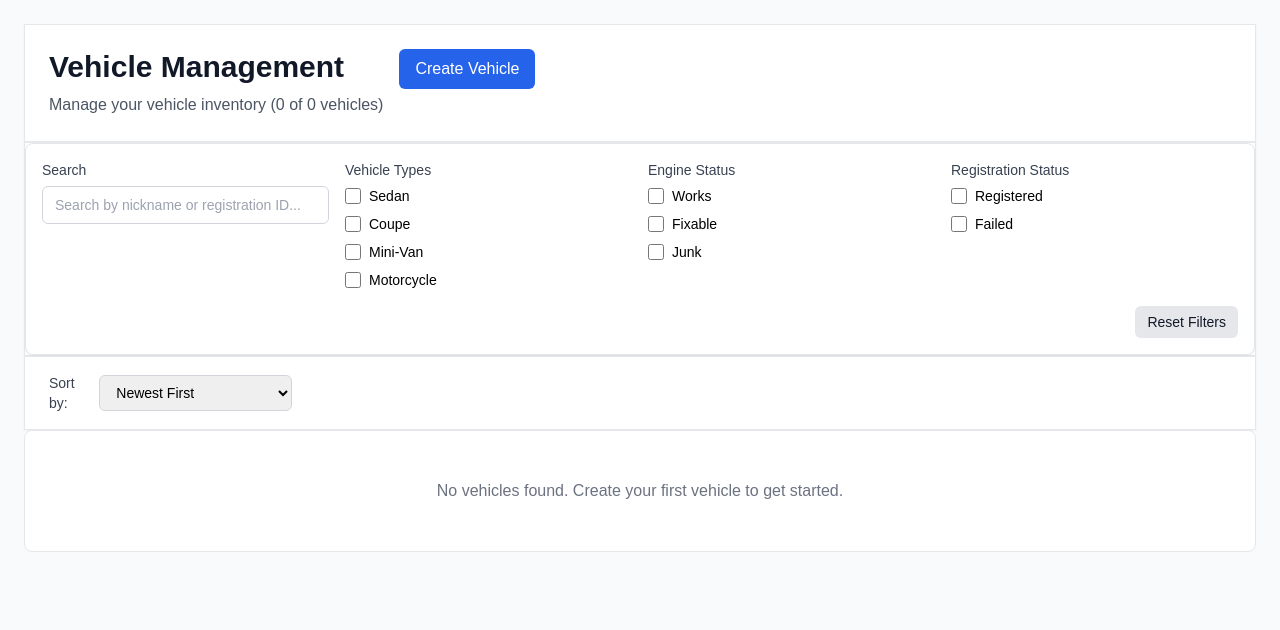
Repository: atomek88/vehicle-store
Page: /vehicles
These files come from the project's save history. The page is drawn as it stood at one moment and after a run of saves; the edit follows.
The browser window is 1280 px wide. The pictures show the whole page.
The project was rebuilt for these pictures with package versions that can differ from the ones it lists, and the page was loaded fresh each time. The framework's server and built-in components were replaced by stand-ins that run in the browser. Also part of the build but not shown: next.config.ts, src/components/ui/Badge.tsx, src/components/vehicle/SedanFields.tsx, src/components/vehicle/CoupeFields.tsx, src/components/vehicle/MiniVanFields.tsx, src/components/vehicle/MotorcycleFields.tsx, src/components/vehicle/VehicleForm.tsx, src/components/ui/ConfirmDialog.tsx.

Above is the page before, as saved 2026-01-21 00:21:26.

### app/layout.tsx
import type { Metadata } from "next";
import { Geist, Geist_Mono } from "next/font/google";
import "./globals.css";
import { ToastProvider } from "@/hooks/use-toast";
import { VehicleProvider } from "@/hooks/use-vehicles";
import { ToastContainer } from "@/components/ui/Toast";

const geistSans = Geist({
  variable: "--font-geist-sans",
  subsets: ["latin"],
});

const geistMono = Geist_Mono({
  variable: "--font-geist-mono",
  subsets: ["latin"],
});

export const metadata: Metadata = {
  title: "Vehicle Management System",
  description: "Manage your vehicle inventory",
};

export default function RootLayout({
  children,
}: Readonly<{
  children: React.ReactNode;
}>) {
  return (
    <html lang="en">
      <body
        className={`${geistSans.variable} ${geistMono.variable} antialiased`}
        suppressHydrationWarning
      >
        <VehicleProvider>
          <ToastProvider>
            {children}
            <ToastContainer />
          </ToastProvider>
        </VehicleProvider>
      </body>
    </html>
  );
}

### app/globals.css
@tailwind base;
@tailwind components;
@tailwind utilities;

@layer base {
  :root {
    --background: 0 0% 100%;
    --foreground: 222.2 84% 4.9%;
  }

  body {
    background: #f9fafb;
    color: var(--foreground);
    font-family: Arial, Helvetica, sans-serif;
    min-height: 100vh;
  }

  /* Enhanced focus indicators for accessibility */
  *:focus-visible {
    outline: 3px solid #3b82f6;
    outline-offset: 2px;
    border-radius: 4px;
  }

  /* Ensure buttons and links have visible focus */
  button:focus-visible,
  a:focus-visible,
  input:focus-visible,
  select:focus-visible,
  textarea:focus-visible {
    outline: 3px solid #3b82f6;
    outline-offset: 2px;
  }
}

@layer components {
  /* Enhanced card styling */
  .card {
    @apply rounded-xl border border-gray-200 bg-white shadow-sm transition-shadow hover:shadow-md;
  }

  /* Enhanced button styling */
  .btn-primary {
    @apply rounded-lg px-6 py-3 font-semibold shadow-sm transition-all hover:shadow-md;
  }

  /* Better spacing utilities */
  .section-spacing {
    @apply space-y-6;
  }
}

### src/hooks/use-toast.tsx
'use client';

import { createContext, useContext, useState, useCallback } from 'react';

// ═══════════════════════════════════════════════════════════════════════════
// TYPES
// ═══════════════════════════════════════════════════════════════════════════

export type ToastType = 'success' | 'error' | 'info' | 'warning';

export interface Toast {
  id: string;
  type: ToastType;
  message: string;
  duration?: number;
}

interface ToastContextValue {
  toasts: Toast[];
  showToast: (type: ToastType, message: string, duration?: number) => void;
  dismissToast: (id: string) => void;
}

// ═══════════════════════════════════════════════════════════════════════════
// CONTEXT
// ═══════════════════════════════════════════════════════════════════════════

const ToastContext = createContext<ToastContextValue | null>(null);

// ═══════════════════════════════════════════════════════════════════════════
// PROVIDER
// ═══════════════════════════════════════════════════════════════════════════

export function ToastProvider({ children }: { children: React.ReactNode }) {
  const [toasts, setToasts] = useState<Toast[]>([]);

  const showToast = useCallback((type: ToastType, message: string, duration = 5000) => {
    const id = Math.random().toString(36).substring(2, 11);
    const toast: Toast = { id, type, message, duration };

    setToasts((prev) => [...prev, toast]);

    // Auto-dismiss after duration
    if (duration > 0) {
      setTimeout(() => {
        dismissToast(id);
      }, duration);
    }
  }, []);

  const dismissToast = useCallback((id: string) => {
    setToasts((prev) => prev.filter((toast) => toast.id !== id));
  }, []);

  const value: ToastContextValue = {
    toasts,
    showToast,
    dismissToast,
  };

  return <ToastContext.Provider value={value}>{children}</ToastContext.Provider>;
}

// ═══════════════════════════════════════════════════════════════════════════
// HOOK
// ═══════════════════════════════════════════════════════════════════════════

export function useToast() {
  const context = useContext(ToastContext);

  if (!context) {
    throw new Error('useToast must be used within a ToastProvider');
  }

  return context;
}

### src/components/ui/Toast.tsx
'use client';

import { useEffect } from 'react';
import { clsx } from 'clsx';
import { useToast, Toast as ToastType } from '@/hooks/use-toast';

export function ToastContainer() {
  const { toasts } = useToast();

  return (
    <div className="pointer-events-none fixed bottom-0 right-0 z-50 flex max-h-screen w-full flex-col-reverse gap-2 p-4 sm:max-w-md">
      {toasts.map((toast) => (
        <ToastItem key={toast.id} toast={toast} />
      ))}
    </div>
  );
}

function ToastItem({ toast }: { toast: ToastType }) {
  const { dismissToast } = useToast();

  useEffect(() => {
    if (toast.duration && toast.duration > 0) {
      const timer = setTimeout(() => {
        dismissToast(toast.id);
      }, toast.duration);

      return () => clearTimeout(timer);
    }
    return undefined;
  }, [toast.id, toast.duration, dismissToast]);

  return (
    <div
      role="alert"
      aria-live="assertive"
      aria-atomic="true"
      className={clsx(
        'pointer-events-auto relative flex w-full items-center justify-between gap-3 overflow-hidden rounded-lg border p-4 shadow-lg transition-all',
        {
          'border-green-200 bg-green-50': toast.type === 'success',
          'border-red-200 bg-red-50': toast.type === 'error',
          'border-yellow-200 bg-yellow-50': toast.type === 'warning',
          'border-blue-200 bg-blue-50': toast.type === 'info',
        }
      )}
    >
      <div className="flex-1">
        <p
          className={clsx('text-sm font-medium', {
            'text-green-900': toast.type === 'success',
            'text-red-900': toast.type === 'error',
            'text-yellow-900': toast.type === 'warning',
            'text-blue-900': toast.type === 'info',
          })}
        >
          {toast.message}
        </p>
      </div>
      <button
        onClick={() => dismissToast(toast.id)}
        className={clsx(
          'rounded-md p-1 transition-colors hover:bg-black/5',
          {
            'text-green-700': toast.type === 'success',
            'text-red-700': toast.type === 'error',
            'text-yellow-700': toast.type === 'warning',
            'text-blue-700': toast.type === 'info',
          }
        )}
        aria-label="Dismiss"
      >
        <svg
          xmlns="http://www.w3.org/2000/svg"
          width="16"
          height="16"
          viewBox="0 0 24 24"
          fill="none"
          stroke="currentColor"
          strokeWidth="2"
          strokeLinecap="round"
          strokeLinejoin="round"
        >
          <line x1="18" y1="6" x2="6" y2="18" />
          <line x1="6" y1="6" x2="18" y2="18" />
        </svg>
      </button>
    </div>
  );
}

### src/components/vehicle/FiltersBar.tsx
'use client';

import { VehicleFilters, VehicleType, EngineStatus } from '@/types';
import { Input } from '@/components/ui/Input';
import { Select } from '@/components/ui/Select';
import { Button } from '@/components/ui/Button';

interface FiltersBarProps {
  filters: VehicleFilters;
  onFiltersChange: (filters: Partial<VehicleFilters>) => void;
  onReset: () => void;
}

export function FiltersBar({ filters, onFiltersChange, onReset }: FiltersBarProps) {
  const vehicleTypes: VehicleType[] = ['sedan', 'coupe', 'mini-van', 'motorcycle'];
  const engineStatuses: EngineStatus[] = ['works', 'fixable', 'junk'];

  return (
    <div className="rounded-lg border border-gray-200 bg-white p-4 shadow-sm">
      <div className="grid gap-4 md:grid-cols-4">
        <Input
          label="Search"
          placeholder="Search by nickname or registration ID..."
          value={filters.query}
          onChange={(e) => onFiltersChange({ query: e.target.value })}
        />

        <div>
          <label className="mb-1.5 block text-sm font-medium text-gray-700">Vehicle Types</label>
          <div className="space-y-2">
            {vehicleTypes.map((type) => (
              <label key={type} className="flex items-center gap-2">
                <input
                  type="checkbox"
                  checked={filters.types.includes(type)}
                  onChange={(e) => {
                    const newTypes = e.target.checked
                      ? [...filters.types, type]
                      : filters.types.filter((t) => t !== type);
                    onFiltersChange({ types: newTypes });
                  }}
                  className="h-4 w-4 rounded border-gray-300 text-blue-600 focus:ring-blue-500"
                />
                <span className="text-sm capitalize">{type}</span>
              </label>
            ))}
          </div>
        </div>

        <div>
          <label className="mb-1.5 block text-sm font-medium text-gray-700">Engine Status</label>
          <div className="space-y-2">
            {engineStatuses.map((status) => (
              <label key={status} className="flex items-center gap-2">
                <input
                  type="checkbox"
                  checked={filters.engineStatuses.includes(status)}
                  onChange={(e) => {
                    const newStatuses = e.target.checked
                      ? [...filters.engineStatuses, status]
                      : filters.engineStatuses.filter((s) => s !== status);
                    onFiltersChange({ engineStatuses: newStatuses });
                  }}
                  className="h-4 w-4 rounded border-gray-300 text-blue-600 focus:ring-blue-500"
                />
                <span className="text-sm capitalize">{status}</span>
              </label>
            ))}
          </div>
        </div>

        <div>
          <label className="mb-1.5 block text-sm font-medium text-gray-700">Registration Status</label>
          <div className="space-y-2">
            <label className="flex items-center gap-2">
              <input
                type="checkbox"
                checked={filters.registrationStatuses.includes('registered')}
                onChange={(e) => {
                  const newStatuses = e.target.checked
                    ? [...filters.registrationStatuses, 'registered' as const]
                    : filters.registrationStatuses.filter((s) => s !== 'registered');
                  onFiltersChange({ registrationStatuses: newStatuses });
                }}
                className="h-4 w-4 rounded border-gray-300 text-blue-600 focus:ring-blue-500"
              />
              <span className="text-sm">Registered</span>
            </label>
            <label className="flex items-center gap-2">
              <input
                type="checkbox"
                checked={filters.registrationStatuses.includes('failed')}
                onChange={(e) => {
                  const newStatuses = e.target.checked
                    ? [...filters.registrationStatuses, 'failed' as const]
                    : filters.registrationStatuses.filter((s) => s !== 'failed');
                  onFiltersChange({ registrationStatuses: newStatuses });
                }}
                className="h-4 w-4 rounded border-gray-300 text-blue-600 focus:ring-blue-500"
              />
              <span className="text-sm">Failed</span>
            </label>
          </div>
        </div>
      </div>

      <div className="mt-4 flex justify-end">
        <Button variant="secondary" size="sm" onClick={onReset}>
          Reset Filters
        </Button>
      </div>
    </div>
  );
}

### src/components/ui/Button.tsx
import { ButtonHTMLAttributes, forwardRef } from 'react';
import { clsx } from 'clsx';

export interface ButtonProps extends ButtonHTMLAttributes<HTMLButtonElement> {
  variant?: 'primary' | 'secondary' | 'danger' | 'ghost';
  size?: 'sm' | 'md' | 'lg';
}

export const Button = forwardRef<HTMLButtonElement, ButtonProps>(
  ({ className, variant = 'primary', size = 'md', disabled, ...props }, ref) => {
    return (
      <button
        ref={ref}
        disabled={disabled}
        className={clsx(
          'inline-flex items-center justify-center rounded-md font-medium transition-colors',
          'focus-visible:outline-none focus-visible:ring-2 focus-visible:ring-offset-2',
          'disabled:pointer-events-none disabled:opacity-50',
          {
            'bg-blue-600 text-white hover:bg-blue-700 focus-visible:ring-blue-600': variant === 'primary',
            'bg-gray-200 text-gray-900 hover:bg-gray-300 focus-visible:ring-gray-400': variant === 'secondary',
            'bg-red-600 text-white hover:bg-red-700 focus-visible:ring-red-600': variant === 'danger',
            'bg-transparent hover:bg-gray-100 focus-visible:ring-gray-400': variant === 'ghost',
          },
          {
            'h-8 px-3 text-sm': size === 'sm',
            'h-10 px-4 text-base': size === 'md',
            'h-12 px-6 text-lg': size === 'lg',
          },
          className
        )}
        {...props}
      />
    );
  }
);

Button.displayName = 'Button';

### src/components/ui/Select.tsx
import { SelectHTMLAttributes, forwardRef } from 'react';
import { clsx } from 'clsx';

export interface SelectOption {
  value: string;
  label: string;
}

export interface SelectProps extends SelectHTMLAttributes<HTMLSelectElement> {
  label?: string;
  error?: string | undefined;
  helperText?: string;
  options: SelectOption[];
  placeholder?: string;
}

export const Select = forwardRef<HTMLSelectElement, SelectProps>(
  ({ className, label, error, helperText, id, options, placeholder, ...props }, ref) => {
    const selectId = id || label?.toLowerCase().replace(/\s+/g, '-');

    return (
      <div className="w-full">
        {label && (
          <label
            htmlFor={selectId}
            className="mb-1.5 block text-sm font-medium text-gray-700"
          >
            {label}
          </label>
        )}
        <select
          ref={ref}
          id={selectId}
          className={clsx(
            'w-full rounded-md border px-3 py-2 text-sm transition-colors',
            'focus:outline-none focus:ring-2 focus:ring-offset-1',
            'disabled:cursor-not-allowed disabled:opacity-50',
            error
              ? 'border-red-500 focus:border-red-500 focus:ring-red-500'
              : 'border-gray-300 focus:border-blue-500 focus:ring-blue-500',
            className
          )}
          aria-invalid={error ? 'true' : 'false'}
          aria-describedby={error ? `${selectId}-error` : helperText ? `${selectId}-helper` : undefined}
          {...props}
        >
          {placeholder && (
            <option value="" disabled>
              {placeholder}
            </option>
          )}
          {options.map((option) => (
            <option key={option.value} value={option.value}>
              {option.label}
            </option>
          ))}
        </select>
        {error && (
          <p id={`${selectId}-error`} className="mt-1.5 text-sm text-red-600">
            {error}
          </p>
        )}
        {helperText && !error && (
          <p id={`${selectId}-helper`} className="mt-1.5 text-sm text-gray-500">
            {helperText}
          </p>
        )}
      </div>
    );
  }
);

Select.displayName = 'Select';

### src/lib/storage.ts
import { Vehicle } from '@/types';
import { StorageSchemaV1, VehiclePersistedSchema } from '@/validations/schemas';
import { Result, DomainError } from '@/types';

const STORAGE_KEY = 'junkyard-tracker-v1';

// ═══════════════════════════════════════════════════════════════════════════
// STORAGE REPOSITORY
// ═══════════════════════════════════════════════════════════════════════════

export interface StorageRepository {
  save(vehicles: Vehicle[]): Result<void, DomainError>;
  load(): Result<Vehicle[], DomainError>;
  clear(): void;
}

/**
 * LocalStorage-based repository for vehicle data persistence.
 * Handles serialization, validation, and error recovery.
 */
export function createStorageRepository(): StorageRepository {
  return {
    save(vehicles: Vehicle[]): Result<void, DomainError> {
      try {
        // Validate all vehicles before saving
        const validationResults = vehicles.map((v) =>
          VehiclePersistedSchema.safeParse(v)
        );

        const firstError = validationResults.find((r) => !r.success);
        if (firstError && !firstError.success) {
          return {
            ok: false,
            error: {
              code: 'VALIDATION_ERROR',
              message: 'Invalid vehicle data cannot be saved',
              fieldErrors: firstError.error.flatten().fieldErrors as Record<string, string>,
            },
          };
        }

        const data = {
          version: 1 as const,
          vehicles,
        };

        const serialized = JSON.stringify(data);
        localStorage.setItem(STORAGE_KEY, serialized);

        return { ok: true, value: undefined };
      } catch (error) {
        return {
          ok: false,
          error: {
            code: 'STORAGE_ERROR',
            message: error instanceof Error ? error.message : 'Failed to save data',
          },
        };
      }
    },

    load(): Result<Vehicle[], DomainError> {
      try {
        const raw = localStorage.getItem(STORAGE_KEY);

        // No data stored yet - return empty array
        if (!raw) {
          return { ok: true, value: [] };
        }

        // Parse JSON
        let parsed: unknown;
        try {
          parsed = JSON.parse(raw);
        } catch {
          // Corrupted JSON - clear storage and return empty
          localStorage.removeItem(STORAGE_KEY);
          return { ok: true, value: [] };
        }

        // Validate against schema
        const result = StorageSchemaV1.safeParse(parsed);

        if (!result.success) {
          // Invalid schema - clear storage and return empty
          localStorage.removeItem(STORAGE_KEY);
          return { ok: true, value: [] };
        }

        return { ok: true, value: result.data.vehicles };
      } catch (error) {
        return {
          ok: false,
          error: {
            code: 'STORAGE_ERROR',
            message: error instanceof Error ? error.message : 'Failed to load data',
          },
        };
      }
    },

    clear(): void {
      localStorage.removeItem(STORAGE_KEY);
    },
  };
}

/**
 * Singleton instance for the storage repository.
 * Use this in production code.
 */
export const storageRepository = createStorageRepository();

### src/components/ui/Input.tsx
import { InputHTMLAttributes, forwardRef } from 'react';
import { clsx } from 'clsx';

export interface InputProps extends InputHTMLAttributes<HTMLInputElement> {
  label?: string;
  error?: string | undefined;
  helperText?: string;
}

export const Input = forwardRef<HTMLInputElement, InputProps>(
  ({ className, label, error, helperText, id, ...props }, ref) => {
    const inputId = id || label?.toLowerCase().replace(/\s+/g, '-');

    return (
      <div className="w-full">
        {label && (
          <label
            htmlFor={inputId}
            className="mb-1.5 block text-sm font-medium text-gray-700"
          >
            {label}
          </label>
        )}
        <input
          ref={ref}
          id={inputId}
          className={clsx(
            'w-full rounded-md border px-3 py-2 text-sm transition-colors',
            'placeholder:text-gray-400',
            'focus:outline-none focus:ring-2 focus:ring-offset-1',
            'disabled:cursor-not-allowed disabled:opacity-50',
            error
              ? 'border-red-500 focus:border-red-500 focus:ring-red-500'
              : 'border-gray-300 focus:border-blue-500 focus:ring-blue-500',
            className
          )}
          aria-invalid={error ? 'true' : 'false'}
          aria-describedby={error ? `${inputId}-error` : helperText ? `${inputId}-helper` : undefined}
          {...props}
        />
        {error && (
          <p id={`${inputId}-error`} className="mt-1.5 text-sm text-red-600">
            {error}
          </p>
        )}
        {helperText && !error && (
          <p id={`${inputId}-helper`} className="mt-1.5 text-sm text-gray-500">
            {helperText}
          </p>
        )}
      </div>
    );
  }
);

Input.displayName = 'Input';

### src/lib/registration.ts
import { VehicleType, Registration } from '@/types';

// ═══════════════════════════════════════════════════════════════════════════
// REGISTRATION BUSINESS RULES
// ═══════════════════════════════════════════════════════════════════════════

/**
 * Business rules for vehicle registration:
 * - All vehicles register successfully when created
 * - Registration is immutable after creation
 */

interface RegistrationInput {
  type: VehicleType;
}

/**
 * Registers a vehicle and generates a unique registration ID.
 * Always returns a successful registration.
 */
export function attemptRegistration(input: RegistrationInput): Registration {
  const { type } = input;

  return {
    status: 'registered',
    registrationId: generateRegistrationId(type),
  };
}

/**
 * Generates a registration ID in the format: TYPE-XXXXX
 * where TYPE is the uppercase vehicle type and XXXXX is a random alphanumeric string.
 */
function generateRegistrationId(type: VehicleType): string {
  const prefix = type.toUpperCase().replace('-', '');
  const suffix = Math.random().toString(36).substring(2, 7).toUpperCase();
  return `${prefix}-${suffix}`;
}

/**
 * Checks if a registration represents a successful registration.
 */
export function isRegistered(registration: Registration): registration is { status: 'registered'; registrationId: string } {
  return registration.status === 'registered';
}

/**
 * Checks if a registration represents a failed registration.
 */
export function isFailed(registration: Registration): registration is { status: 'failed'; registrationError: string } {
  return registration.status === 'failed';
}

### src/lib/defaults.ts
import { VehicleType, EngineStatus, SeatStatus } from '@/types';

// ═══════════════════════════════════════════════════════════════════════════
// DEFAULT VALUES FOR VEHICLE FIELDS
// ═══════════════════════════════════════════════════════════════════════════

/**
 * Default engine status for all vehicles
 */
export const DEFAULT_ENGINE_STATUS: EngineStatus = 'works';

/**
 * Default seat status for motorcycles
 */
export const DEFAULT_SEAT_STATUS: SeatStatus = 'works';

/**
 * Default number of wheels based on vehicle type
 */
export function getDefaultWheels(type: VehicleType): 0 | 1 | 2 | 3 | 4 {
  switch (type) {
    case 'sedan':
    case 'coupe':
    case 'mini-van':
      return 4;
    case 'motorcycle':
      return 2;
    default:
      // Exhaustiveness check - TypeScript will error if we miss a case
      const _exhaustive: never = type;
      return _exhaustive;
  }
}

/**
 * Default number of doors based on vehicle type
 */
export function getDefaultDoors(type: VehicleType): 0 | 1 | 2 | 3 | 4 {
  switch (type) {
    case 'sedan':
    case 'mini-van':
      return 4;
    case 'coupe':
      return 2;
    case 'motorcycle':
      // Motorcycles don't have doors field, but TypeScript requires all cases
      return 0;
    default:
      const _exhaustive: never = type;
      return _exhaustive;
  }
}

/**
 * Default door configuration for mini-vans
 * Returns an array of door configs matching the number of doors
 */
export function getDefaultDoorConfig(doors: number): Array<{ sliding: boolean }> {
  return Array.from({ length: doors }, (_, index) => ({
    // First two doors are regular, rest are sliding
    sliding: index >= 2,
  }));
}

Loaded but not shown: tailwind.config.ts (common file); src/hooks/use-vehicles.tsx (307 lines, source omitted); src/lib/vehicle-service.ts (273 lines, source omitted); src/validations/schemas.ts (199 lines, source omitted); app/vehicles/page.tsx (148 lines, source omitted); src/components/vehicle/VehicleTable.tsx (113 lines, source omitted)

After the next 2 saves:
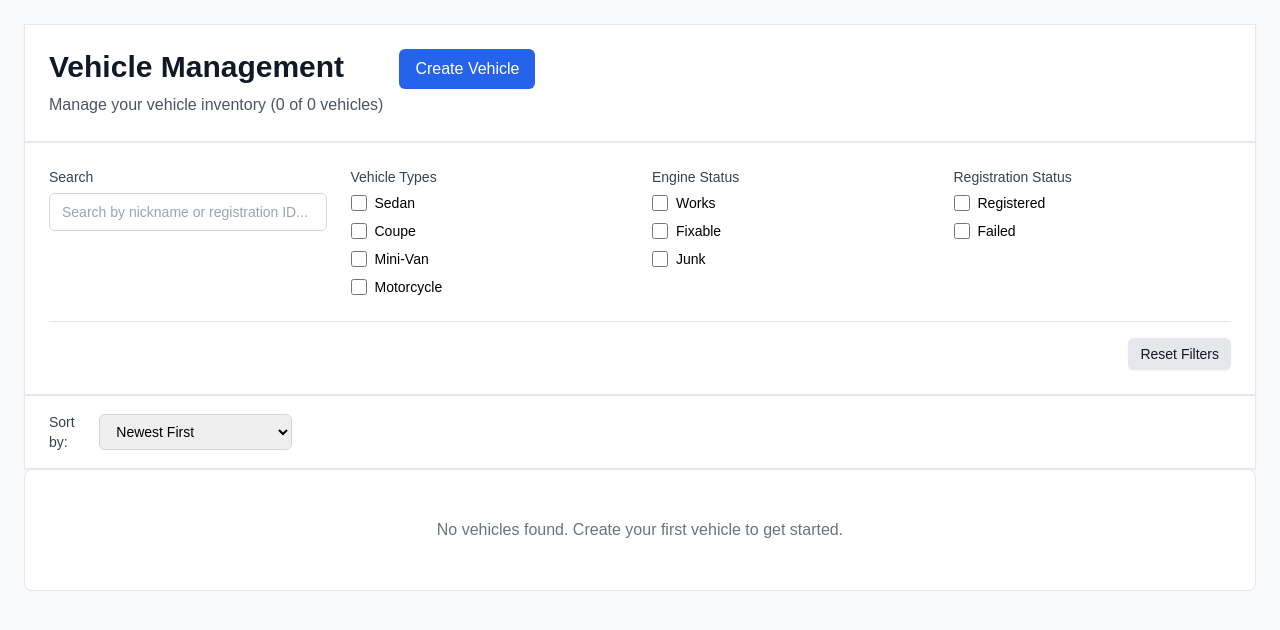
The 2 saves are shown as one change because they came seconds apart.
The last was saved 5 s later.
--- a/src/components/vehicle/FiltersBar.tsx
+++ b/src/components/vehicle/FiltersBar.tsx
@@ -16,8 +16,8 @@ export function FiltersBar({ filters, onFiltersChange, onReset }: FiltersBarProp
   const engineStatuses: EngineStatus[] = ['works', 'fixable', 'junk'];
 
   return (
-    <div className="rounded-lg border border-gray-200 bg-white p-4 shadow-sm">
-      <div className="grid gap-4 md:grid-cols-4">
+    <div className="p-6">
+      <div className="grid gap-6 md:grid-cols-2 lg:grid-cols-4">
         <Input
           label="Search"
           placeholder="Search by nickname or registration ID..."
@@ -104,8 +104,8 @@ export function FiltersBar({ filters, onFiltersChange, onReset }: FiltersBarProp
         </div>
       </div>
 
-      <div className="mt-4 flex justify-end">
-        <Button variant="secondary" size="sm" onClick={onReset}>
+      <div className="mt-6 flex justify-end border-t border-gray-200 pt-4">
+        <Button variant="secondary" size="sm" onClick={onReset} className="shadow-sm">
           Reset Filters
         </Button>
       </div>
